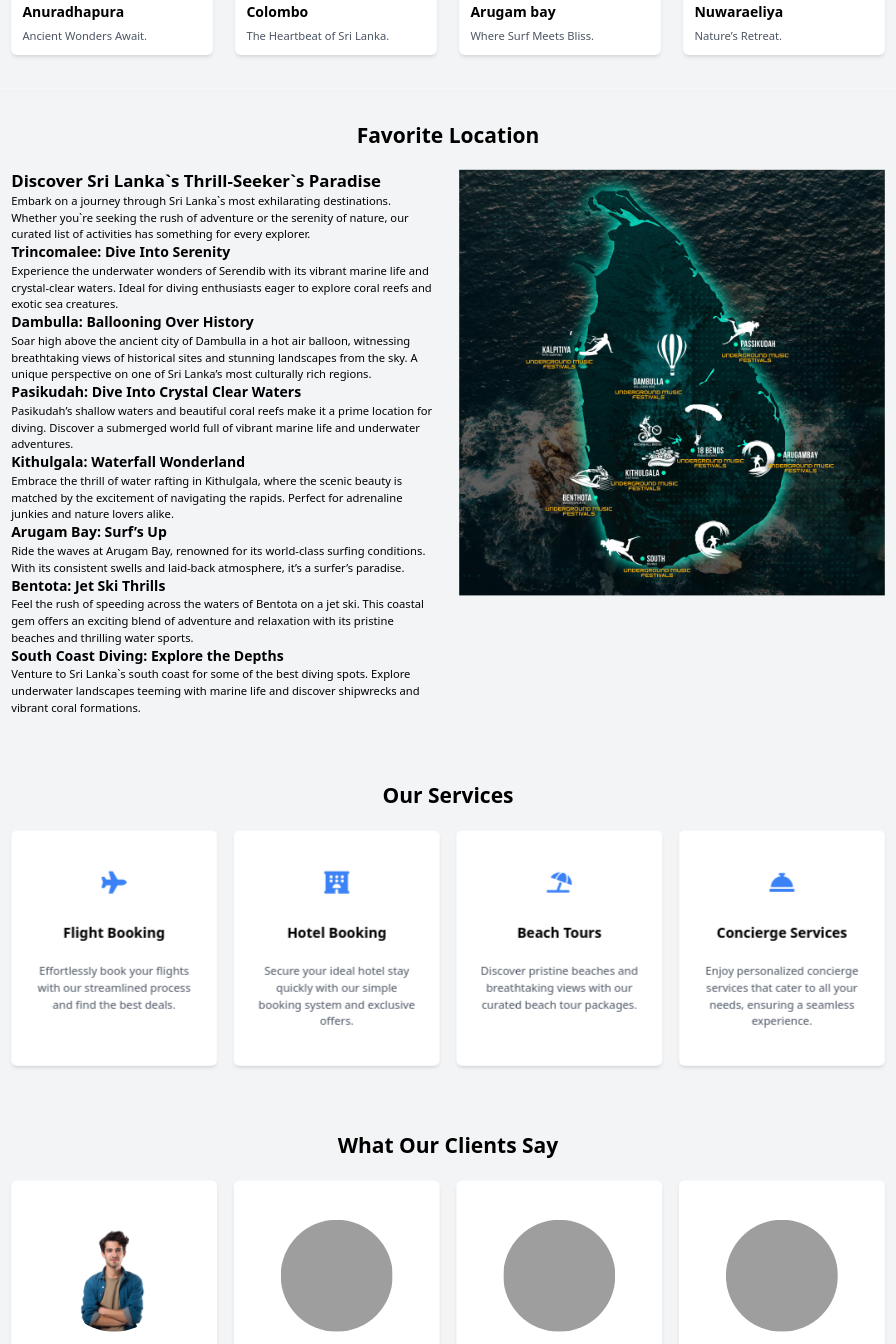
Repository: thisara199/Travel-Agency-Website
Page: /
An editor plug-in stored every save of this project. The page is shown before and after the next save, followed by the edit.
The browser window is 1280 px wide. The pictures show the part of the page from y = 1041 to 2961 px (the page is 3304 px tall before and 3132 px after), at 70% of full size.
Pictures or frames that could not be fetched are drawn as grey boxes. The project was rebuilt for these pictures with package versions that can differ from the ones it lists, and the page was loaded fresh each time. Also part of the build but not shown: vite.config.js.

Above is the page before, as saved 2024-09-04 07:09:35.

After the next save:
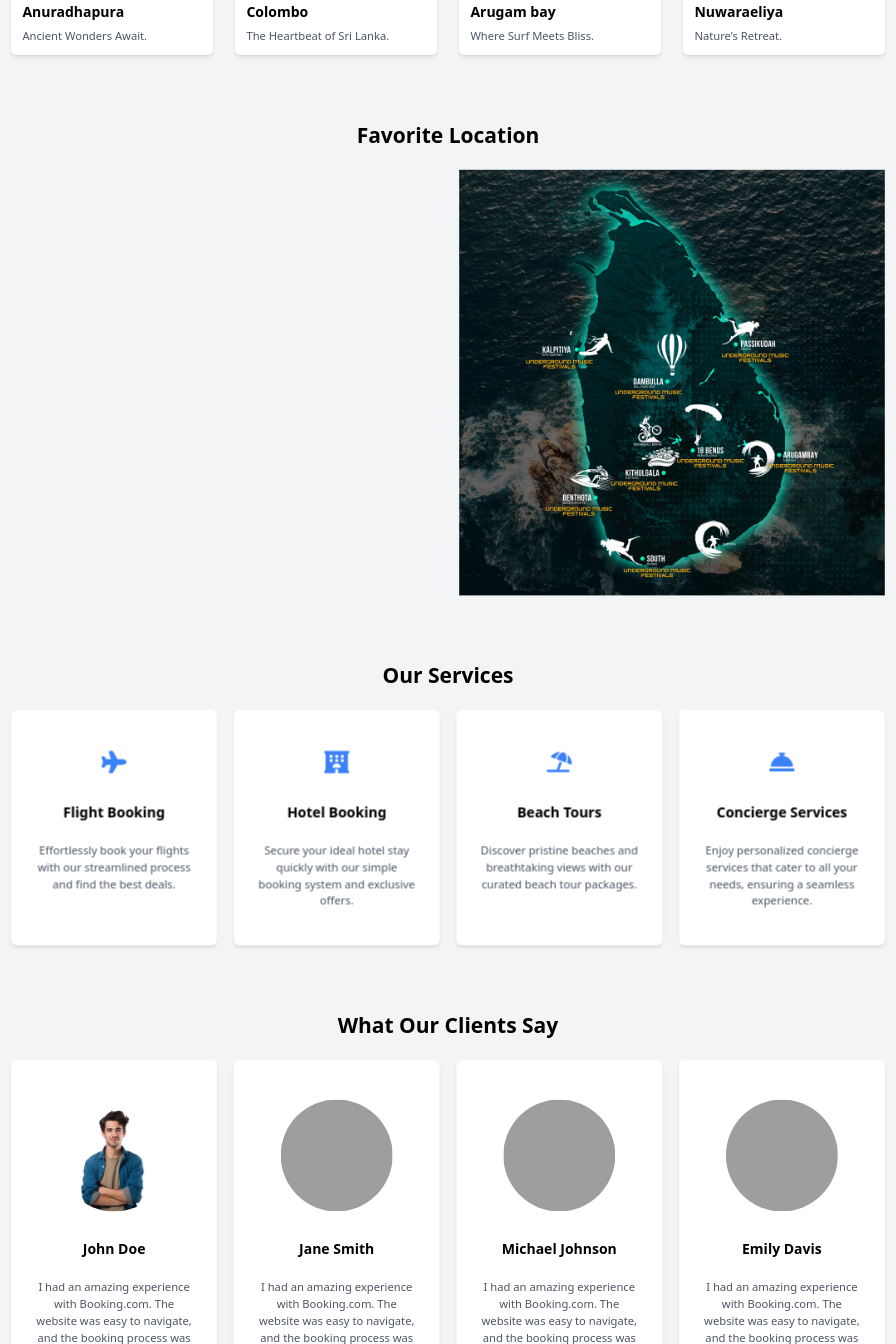
Saved 31 s later.
--- a/src/components/Banner/Banner.jsx
+++ b/src/components/Banner/Banner.jsx
@@ -7,22 +7,7 @@ const Banner1 = () => {
         <h2 data-aos="fade-up" className='mb-8 text-3xl font-bold text-center'>Favorite Location</h2>
         <div className="grid gap-8 sm:grid-cols-1 md:grid-cols-2">
           <div>
-            <h1 className='text-2xl font-bold'>Discover Sri Lanka`s Thrill-Seeker`s Paradise</h1>
-            <p>Embark on a journey through Sri Lanka`s most exhilarating destinations. Whether you`re seeking the rush of adventure or the serenity of nature, our curated list of activities has something for every explorer.</p>
-            <h2 className='text-xl font-semibold'>Trincomalee: Dive Into Serenity</h2>
-            <p>Experience the underwater wonders of Serendib with its vibrant marine life and crystal-clear waters. Ideal for diving enthusiasts eager to explore coral reefs and exotic sea creatures.</p>
-            <h2 className='text-xl font-semibold'>Dambulla: Ballooning Over History</h2>
-            <p>Soar high above the ancient city of Dambulla in a hot air balloon, witnessing breathtaking views of historical sites and stunning landscapes from the sky. A unique perspective on one of Sri Lanka’s most culturally rich regions.</p>
-            <h2 className='text-xl font-semibold'>Pasikudah: Dive Into Crystal Clear Waters</h2>
-            <p>Pasikudah’s shallow waters and beautiful coral reefs make it a prime location for diving. Discover a submerged world full of vibrant marine life and underwater adventures.</p>
-            <h2 className='text-xl font-semibold'>Kithulgala: Waterfall Wonderland</h2>
-            <p>Embrace the thrill of water rafting in Kithulgala, where the scenic beauty is matched by the excitement of navigating the rapids. Perfect for adrenaline junkies and nature lovers alike.</p>
-            <h2 className='text-xl font-semibold'>Arugam Bay: Surf’s Up</h2>
-            <p>Ride the waves at Arugam Bay, renowned for its world-class surfing conditions. With its consistent swells and laid-back atmosphere, it’s a surfer’s paradise.</p>
-            <h2 className='text-xl font-semibold'>Bentota: Jet Ski Thrills</h2>
-            <p>Feel the rush of speeding across the waters of Bentota on a jet ski. This coastal gem offers an exciting blend of adventure and relaxation with its pristine beaches and thrilling water sports.</p>
-            <h2 className='text-xl font-semibold'>South Coast Diving: Explore the Depths</h2>
-            <p>Venture to Sri Lanka`s south coast for some of the best diving spots. Explore underwater landscapes teeming with marine life and discover shipwrecks and vibrant coral formations.</p>
+
           </div>
           <div>
             <img src={Banner} alt="Favorite location banner" className="w-full h-auto" />
